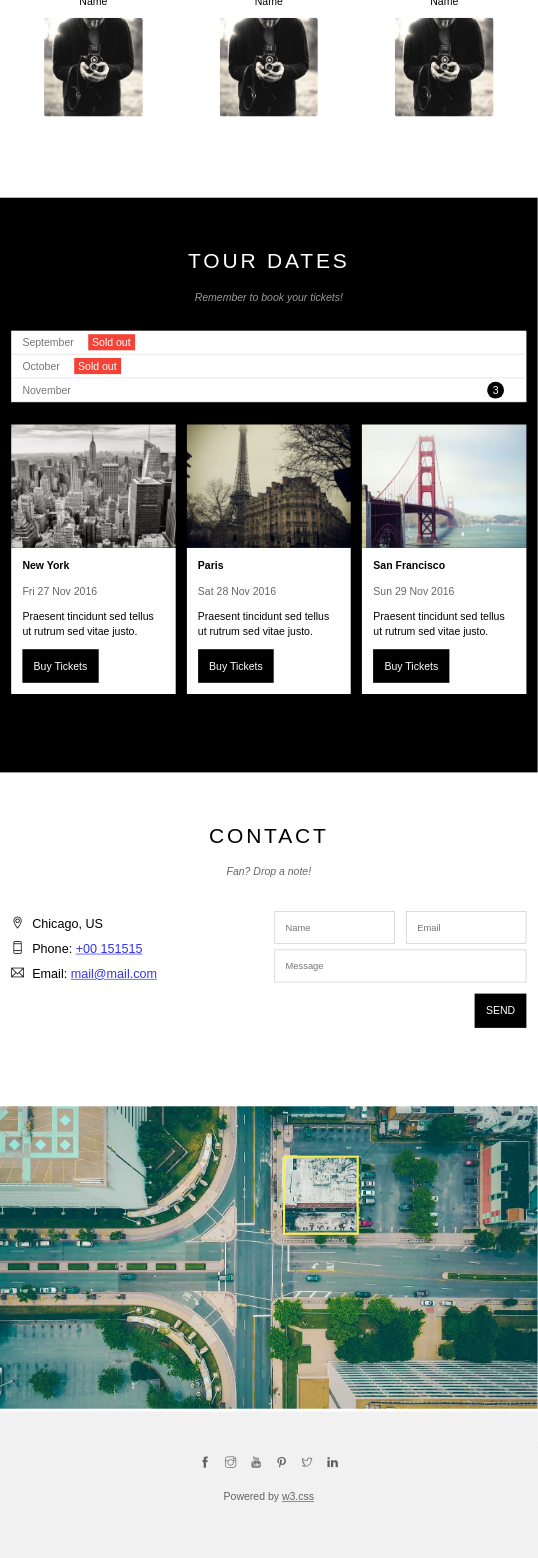
Repository: hoangtranduchai/The_Band
Page: index.html
These files come from the project's save history. The page is drawn as it stood at one moment and after the next save; the edit follows.
The browser window is 768 px wide. The pictures show the part of the page from y = 839 to 3079 px (the page is 3065 px tall before and 3079 px after), at 70% of full size.

Above is the page before, as saved 2021-08-15 16:13:15.

### index.html
<!DOCTYPE html>
<html lang="en">
<head>
    <meta charset="UTF-8">
    <meta http-equiv="X-UA-Compatible" content="IE=edge">
    <meta name="viewport" content="width=device-width, initial-scale=1.0">
    <title>The Band</title>
    <link rel="icon" href="./assets/img/favicon/TRAVELOK.png" type="image/x-icon"/>
    <link rel="stylesheet" href="./assets/css/style.css">
    <link rel="stylesheet" href="./assets/css/responsive.css">
    <link rel="stylesheet" href="./assets/fonts/themify-icons-font/themify-icons/themify-icons.css">
</head>
<body>
    <div id="main">
        <!-- Begin: Header -->
        <div id="header">
            <!-- Begin: Navigation -->
            <ul id="nav">
                <li><a href="#">Home</a></li>
                <li><a href="#band">Band</a></li>
                <li><a href="#tour">Tour</a></li>
                <li><a href="#contact">Contact</a></li>
                <li>
                    <a href="#">
                        More
                        <i class="angle-down-icon ti-angle-down"></i>
                    </a>
                    <ul class="subnav">
                        <li><a href="#">Merchandise</a></li>
                        <li><a href="#">Extras</a></li>
                        <li><a href="#">Media</a></li>
                    </ul>
                </li>
            </ul>
            <!-- End: Navigation -->

            <!-- Search button -->
            <div class="search-btn">
                <i class="search ti-search"></i>
            </div>

            <!-- Mobile menu button -->
            <div id="mobile-menu" class="mobile-menu-btn">
                <i class="menu-icon ti-menu"></i>
            </div>
        </div>
        <!-- End: Header -->

        <!-- Begin: Slider -->
        <div id="slider">
            <div class="text-slider">
                <h2 class="text-header">Chicago</h2>
                <div class="text-description">Thank you, Chicago - A night we won't forget.</div>
            </div>
        </div>
        <!-- End: Slider -->

        <!-- Begin: Content -->
        <div id="content">
            <!-- Begin: About section -->
            <div id="band" class="content-section">
                <h2 class="section-heading">THE BAND</h2>
                <p class="section-sub-heading">We love music</p>
                <p class="content-about">
                    We have created a fictional band website. Lorem ipsum dolor sit amet, consectetur adipiscing elit, sed do eiusmod tempor incididunt ut labore et dolore magna aliqua. Ut enim ad minim veniam, quis nostrud exercitation ullamco laboris nisi ut aliquip ex ea commodo consequat. Duis aute irure dolor in reprehenderit in voluptate velit esse cillum dolore eu fugiat nulla pariatur. Excepteur sint occaecat cupidatat non proident, sunt in culpa qui officia deserunt mollit anim id est laborum consectetur adipiscing elit, sed do eiusmod tempor incididunt ut labore et dolore magna aliqua. Ut enim ad minim veniam, quis nostrud exercitation ullamco laboris nisi ut aliquip ex ea commodo consequat.
                </p>
                <div class="row member-list">
                    <div class="column column-third s-column-full mt-32 text-center">
                        <p class="member-name">Name</p>
                        <img src="./assets/img/band/member1.jpg" alt="Name" class="member-img">
                    </div>
                    <div class="column column-third s-column-full mt-32 text-center">
                        <p class="member-name">Name</p>
                        <img src="./assets/img/band/member1.jpg" alt="Name" class="member-img">
                    </div>
                    <div class="column column-third s-column-full mt-32 text-center">
                        <p class="member-name">Name</p>
                        <img src="./assets/img/band/member1.jpg" alt="Name" class="member-img">
                    </div>
                </div>
            </div>
            <!-- End: About section -->

             <!-- Begin: Tour section -->
            <div id="tour" class="tour-section">
                <div class="content-section">
                    <h2 class="section-heading text-white">TOUR DATES</h2>
                    <p class="section-sub-heading text-white">Remember to book your tickets!</p>

                    <ul class="ticket-list">
                        <li>September <span class="sold-out">Sold out</span></li>
                        <li>October <span class="sold-out">Sold out</span></li>
                        <li>November <span class="quantity">3</span></li>
                    </ul>

                    <!-- Places -->
                    <div class="row places-list">
                        <div class="column column-third s-column-full mt-16">
                            <img src="./assets/img/places/place1.jpg" alt="New York" class="place-img">
                            <div class="place-body">
                                <h3 class="place-heading">New York</h3>
                                <p class="place-time">Fri 27 Nov 2016</p>
                                <p class="place-description">Praesent tincidunt sed tellus ut rutrum sed vitae justo.</p>
                                <button class="btn mt-16 s-full-width js-buy-ticket">Buy Tickets</button>
                            </div>
                        </div>
                        <div class="column column-third s-column-full mt-16">
                            <img src="./assets/img/places/place2.jpg" alt="Paris" class="place-img">
                            <div class="place-body">
                                <h3 class="place-heading">Paris</h3>
                                <p class="place-time">Sat 28 Nov 2016</p>
                                <p class="place-description">Praesent tincidunt sed tellus ut rutrum sed vitae justo.</p>
                                <button class="btn mt-16 s-full-width js-buy-ticket">Buy Tickets</button>
                            </div>
                        </div>
                        <div class="column column-third s-column-full mt-16">
                            <img src="./assets/img/places/place3.jpg" alt="San Francisco" class="place-img">
                            <div class="place-body">
                                <h3 class="place-heading">San Francisco</h3>
                                <p class="place-time">Sun 29 Nov 2016</p>
                                <p class="place-description">Praesent tincidunt sed tellus ut rutrum sed vitae justo.</p>
                                <button class="btn mt-16 s-full-width js-buy-ticket">Buy Tickets</button>
                            </div>
                        </div>
                    </div>
                </div>
            </div>
             <!-- End: Tour section -->

             <!-- Begin: Contact section -->
             <div id="contact" class="content-section">
                <h2 class="section-heading">CONTACT</h2>
                <p class="section-sub-heading">Fan? Drop a note!</p>

                <div class="row contact-content">
                    <div class="column column-second s-column-full contact-info">
                        <p><i class="ti-location-pin"></i>Chicago, US</p>
                        <p><i class="ti-mobile"></i>Phone: <a href="tel:+00 151515">+00 151515</a></p>
                        <p><i class="ti-email"></i>Email: <a href="mailto:mail@mail.com">mail@mail.com</a></p>
                    </div>
                    <div class="column column-second s-column-full contact-form">
                        <form action="">
                            <div class="row">
                                <div class="column column-second s-column-full">
                                    <input type="text" name="" placeholder="Name" required class="form-control">
                                </div>
                                <div class="column column-second s-column-full s-mt-8">
                                    <input type="email" name="" placeholder="Email" required class="form-control">
                                </div>
                            </div>
                            <div class="row mt-8">
                                <div class="column column-full">
                                    <input type="text" name="" placeholder="Message" required class="form-control">
                                </div>
                            </div>
                            <input class="btn pull-right mt-16 s-full-width" type="submit" value="SEND">
                        </form>
                    </div>
                </div>
            </div>
            <!-- End: Contact section -->

            <!-- Begin: Map section -->
            <div class="map-section">
                <img src="./assets/img/map/map.jpg" alt="Map">
            </div>
            <!-- End: Map section -->
        </div>
        <!-- End: Content -->

        <!-- Begin: Footer -->
        <div id="footer">
            <div class="socials-list">
                <a href="#"><i class="ti-facebook"></i></a>
                <a href="#"><i class="ti-instagram"></i></a>
                <a href="#"><i class="ti-youtube"></i></a>
                <a href="#"><i class="ti-pinterest"></i></a>
                <a href="#"><i class="ti-twitter"></i></a>
                <a href="#"><i class="ti-linkedin"></i></a>
            </div>
            <p class="copyright">Powered by <a href="#">w3.css</a></p>
        </div>
        <!-- End: Footer -->
    </div>

    <!-- Begin: Modal -->
    <div class="modal js-modal">
        <div class="modal-container js-modal-container">
            <div class="modal-close js-modal-close">
                <i class="close ti-close"></i>
            </div>

            <header class="modal-header">
                <i class="bag ti-bag"></i>
                Tickets
            </header>

            <div class="modal-body">
                <label for="quantity" class="modal-label">
                    <i class="cart ti-shopping-cart"></i>
                    Tickets, $15 per person
                </label>
                <input id="quantity" type="text" class="modal-input" placeholder="How many?">

                <label for="email" class="modal-label">
                    <i class="user ti-user"></i>
                    Send To
                </label>
                <input id="email" type="email" class="modal-input" placeholder="Enter email">

                <button class="pay-ticket-btn">
                    Pay
                    <i class="check ti-check"></i>
                </button>
            </div>

            <footer class="modal-footer">
                <p class="text-footer">
                    Need
                    <a href="" class="modal-help">help?</a>
                </p>
            </footer>
        </div>
    </div>

    <!-- Show/Hide Buy Tickets -->
    <script>
        const buyBtns = document.querySelectorAll('.js-buy-ticket');
        const modal = document.querySelector('.js-modal');
        const modalContainer = document.querySelector('.js-modal-container');
        const modalClose = document.querySelector('.js-modal-close');

        //Hàm hiển thị modal mua vé (Thêm class open vào modal)
        function showBuyTickets() {
            modal.classList.add('open');
        }

        //Hàm ẩn modal mua vé (gỡ bỏ class open của modal)
        function hideBuyTickets() {
            modal.classList.remove('open');
        }

        //Lặp qua từng thẻ button và nghe hành vi click
        for(const buyBtn of buyBtns) {
            buyBtn.addEventListener('click', showBuyTickets);
        }

        //Nghe hành vi click vào button close
        modalClose.addEventListener('click', hideBuyTickets);

        modal.addEventListener('click', hideBuyTickets);

        modalContainer.addEventListener('click', function(event) {
            event.stopPropagation();
        })
    </script>

    <!-- Open/Close Mobile Menu -->
    <script>
        var header = document.getElementById('header');
        var mobileMenu = document.getElementById('mobile-menu');
        var headerHeight = header.clientHeight;

        // Đóng/mở mobile menu
        mobileMenu.onclick = function() {
            var isClose = header.clientHeight === headerHeight;
            if (isClose) {
                header.style.height = 'auto';
            } else {
                header.style.height = null;
            }
        }

        // Tự động đóng khi chọn Menu
        var menuItems = document.querySelectorAll('#nav li a[href*="#"]');
        for (var i = 0; i < menuItems.length; i++) {
            var menuItem = menuItems[i];

            menuItem.onclick = function(event) {
                var isParentMenu = this.nextElementSibling && this.nextElementSibling.classList.contains('subnav');
                if (isParentMenu) {
                    event.preventDefault();
                } else {
                    header.style.height = null;
                }
            }
        }
    </script>
</body>
</html>

### assets/css/style.css
* {
    padding: 0;
    margin: 0;
    box-sizing: border-box;
}


/* Common */
html {
    scroll-behavior: smooth;
    font-family: Arial, Helvetica, sans-serif;
}

.clear {
    clear: both;
}

.text-white {
    color: #fff !important;
}

.text-center {
    text-align: center !important;
}

.pull-right {
    float: right !important;
}

.row {
    margin-left: -8px;
    margin-right: -8px;
}

.row::after {
    content:"";
    display: block;
    clear: both;
}

.column {
    float: left;
    padding-left: 8px;
    padding-right: 8px;
}

.column-full {
    width: 100%;
}

.column-second {
    width: 50%;
}

.column-third {
    width: calc(100% / 3);
}

.mt-8 {
    margin-top: 8px;
}

.mt-16 {
    margin-top: 16px;
}

.mt-32 {
    margin-top: 32px;
}

.btn {
    border: none;
    background: #000;
    color: #fff;
    text-decoration: none;
    padding: 8px 16px;
    display: inline-block;
    font-weight: 500;
    line-height: 1.5;
    font-size: 15px;
    border: none;
    appearance: none;
    -webkit-appearance: none;
}

.btn:hover {
    color: #000;
    background: #ccc;
    cursor: pointer;
}

/* Main */
#main {

}

#header {
    position: fixed;
    top: 0;
    width: 100%;
    height: 46px;
    background-color: #000;
    box-shadow: 0 0 8px rgba(0, 0, 0, 0.3);
    z-index: 1;
}

#nav {
    display: inline-block;
}

#nav, .subnav {
    list-style: none;
}

#nav > li {
    display: inline-block;
}

#nav li {
    position: relative;
}

#nav > li > a {
    color: #fff;
    text-transform: uppercase;
}

#nav li a {
    text-decoration: none;
    line-height: 46px;
    padding: 0 24px;
    display: block;
}

#nav .angle-down-icon {
    font-size: 14px;
}

#nav li:hover .subnav {
    display: block;
}

#nav > li:hover > a,
#nav .subnav li:hover a {
    color: #000;
    background: #ccc;
}

#nav .subnav {
    display: none;
    position: absolute;
    top: 100%;
    min-width: 160px;
    background: #fff;
    box-shadow: 0 0 10px rgba(0, 0, 0, 0.3);
}

#nav .subnav a {
    color: #000;
    padding: 0 16px;
    line-height: 38px;
}

#header .mobile-menu-btn {
    position: absolute;
    top: 0;
    right: 0;
    display: none;
}

#header .mobile-menu-btn,
#header .search-btn {
    float: right;
    padding: 0 21px;
}

#header .search-btn:hover {
    background: #f44336;
    cursor: pointer;
}

#header .mobile-menu-btn:hover {
    background: #ccc;
}

#header .mobile-menu-btn:hover .menu-icon{
    color: #000;
}

#header .menu-icon,
#header .search {
    color: #fff;
    font-size: 20px;
    line-height: 46px;
}

#slider {
    position: relative;
    margin-top: 46px;
    padding-top: 50%;
    background: url('../img/slider/slider1.jpg') top center / cover no-repeat;
}

#slider .text-slider {
    position: absolute;
    bottom: 47px;
    color: #fff;
    width: 100%;
    text-align: center;
}

#slider .text-header {
    font-weight: 400;
    font-size: 24px;
}

#slider .text-description {
    font-weight: 700;
    font-size: 15px;
    margin-top: 25px;
}


#content {

}

#content .content-section {
    width: 800px;
    max-width: 100%;
    padding-top: 64px;
    padding-bottom: 112px;
    margin-left: auto;
    margin-right: auto;
    padding-left: 16px;
    padding-right: 16px;
}

#content .section-heading {
    margin-top: 10px;
    font-size: 30px;
    font-weight: 100;
    text-align: center;
    letter-spacing: 4px;
}

#content .section-sub-heading {
    font-size: 15px;
    text-align: center;
    margin-top: 25px;
    font-style: italic;
    opacity: 0.6;
}

#content .content-about {
    margin-top: 25px;
    font-size: 15px;
    text-align: justify;
    line-height: 1.4;
}

#content .member-list {
    margin-top: 32px;
}

#content .member-name {
    margin-top: 15px;
    font-size: 15px;
}

#content .member-img {
    margin-top: 16px;
    width: 60%;
    border-radius: 4px;
}

/* Tour section */

.tour-section {
    background: #000;
}

.tour-section .ticket-list {
    background: #fff;
    margin-top: 40px;
    list-style: none;
}

.tour-section .ticket-list li {
    color: #757575;
    font-size: 15px;
    padding: 8px 16px;
    border-bottom: 1px solid #ddd;
}

.tour-section .ticket-list .sold-out {
    background: #f44336;
    color: #fff;
    padding: 3px 6px;
    margin-left: 16px;
}

.tour-section .ticket-list .quantity {
    float: right;
    width: 24px;
    height: 24px;
    background: #000;
    color: #fff;
    border-radius: 50%;
    text-align: center;
    line-height: 24px;
    margin-right: 16px;
    margin-top: -3px;
}

/* Places */
.places-list {
    margin-top: 16px;
}

.place-img {
    width: 100%;
    display: block;
}

.place-img:hover {
    opacity: 0.6;
    cursor: pointer;
}

.place-body {
    background: #fff;
    font-size: 15px;
    padding: 15px 16px 16px;
    line-height: 1.4;
}

.place-heading {
    font-size: 15px;
}

.place-time {
    margin-top: 15px;
    opacity: 0.6;
}

.place-description {
    margin-top: 15px;
}

/* Contact */
.contact-content {
    margin-top: 48px;
}

.contact-info {
    font-size: 18px;
    line-height: 1.5;
}

.contact-info i[class*="ti-"] {
    width: 30px;
    display: inline-block;
}

.contact-info a {
    color: #0000EE;
    opacity: 0.8;
}

.contact-info a:hover {
    opacity: 1;
}

.contact-form {
    font-size: 15px;
}

.contact-form .form-control {
    padding: 10px;
    border: 1px solid #ccc;
    width: 100%;
}

/* Map */
.map-section img {
    width: 100%;
}

/* Footer */
#footer {
    padding: 64px 16px;
    text-align: center;
    background: #f1f1f1;
}

#footer .socials-list {
    font-size: 24px;
}

#footer .socials-list a {
    color: rgba(0, 0, 0, 0.6);
    text-decoration: none;
}

#footer .copyright a:hover,
#footer .socials-list a:hover {
    color: rgba(0, 0, 0, 0.4);
}

#footer .copyright {
    margin-top: 15px;
    color: rgba(0, 0, 0, 0.6);
    font-size: 15px;
    line-height: 1.5;
}

#footer .copyright a {
    color: rgba(0, 0, 0, 0.6);
}

/* Modal */
.modal {
    position: fixed;
    top: 0;
    right: 0;
    bottom: 0;
    left: 0;
    background: rgba(0, 0, 0, 0.4);
    align-items: center; /*Căn giữa chiều cao*/
    justify-content: center; /*Căn giữa chiều ngang*/
    z-index: 1;
    display: none;
}

.modal.open {
    display: flex;
}

.modal .modal-container {
    background: #fff;
    width: 900px;
    min-height: 200px;
    position: relative;
    max-width: calc(100% - 32px);
    animation: modalFadeIn ease 0.4s;
}

.modal .modal-container .modal-close {
    position: absolute;
    right: 0;
    top: 0;
    line-height: 1.5;
    padding: 8px 16px;
    color: #fff;
    opacity: 0.8;
}

.modal .modal-container .modal-close:hover {
    opacity: 1;
    cursor: pointer;
}

.modal .modal-container .modal-header {
    font-size: 30px;
    font-weight: 400;
    letter-spacing: 4px;
    height: 130px;
    line-height: 1.5;
    display: flex;
    align-items: center;
    justify-content: center;
    padding: 32px 16px;
    background: #009688;
    color: #fff;
}

.modal-header .bag {
    margin-right: 16px;
}

.modal .modal-container .modal-body {
    padding: 16px;
}

.modal-body .modal-label {
    display: block;
    font-size: 15px;
    line-height: 1.5;
    margin-bottom: 12px;

}

.modal-body .modal-label .cart{

}

.modal-body .modal-input {
    display: block;
    border: 1px solid #ccc;
    padding: 8px;
    width: 100%;
    font-size: 15px;
    line-height: 22px;
    margin-bottom: 24px;
}

.modal-body .modal-label .user {

}

.modal-body .pay-ticket-btn {
    padding: 18px 16px;
    color: #fff;
    background: #009688;
    border: none;
    width: 100%;
    font-weight: 400;
    font-size: 15px;
    text-transform: uppercase;
}

.modal-body .pay-ticket-btn:hover {
    opacity: 0.8;
    cursor: pointer;
}

.modal-body .pay-ticket-btn .check {

}

.modal-container .modal-footer {
    padding: 0 16px;

}

.modal-container .modal-footer .text-footer {
    float: right;
    padding: 16px 0 32px;
    font-size: 15px;
}

.modal-footer .text-footer .modal-help{
    color: #2196F3;
    opacity: 0.7;
}

.modal-footer .text-footer .modal-help:hover {
    opacity: 1;
}

@keyframes modalFadeIn {
    from {
        opacity: 0;
        transform: translateY(-140px);
    }
    to {
        opacity: 1;
        transform: translateY(0);
    }
}

### assets/css/responsive.css
/* PC */
@media (min-width: 1024px) {

}

/* Tablet & Mobile */
@media (max-width: 1023px) {
    #nav .subnav a {
        padding: 5px 12px;
    }

    .btn {
        padding: 13px 16px;
    }

    .contact-info {
        line-height: 2;
    }

    .contact-form .form-control {
        padding: 15px;
    }


    #footer .socials-list {
        font-size: 16px;
    }

    #footer .socials-list a {
        margin: 0 8px;
    }

    #footer .copyright a {
        padding: 13px 0;
        display: inline-block;
    }

    .modal-body .modal-label {
        line-height: 2;
    }

    .modal-body .modal-input {
        padding: 12px;
    }
}

/* Tablet */
@media (max-width: 1023px) and (min-width: 740px) {

}

/* Mobile */
@media (max-width: 739px) {
    .s-full-width,
    .s-column-full {
        width: 100% !important;
    }

    .s-mt-8 {
        margin-top: 8px !important;
    }

    #header {
        overflow: hidden;
    }

    #header .search-btn {
        display: none;
    }

    #header .mobile-menu-btn {
        display: block;
    }

    #nav {
        display: block;
    }

	#nav > li {
        display: block;
    }

    #nav > li:first-child {
        display: inline-block;
    }

    #nav .subnav {
        position: initial;
        background: #333;
    }

    #nav .subnav a {
        color: #fff;
        padding: 4px 40px;
    }

    .contact-form {
        margin-top: 32px;
    }

}

Loaded but not shown: assets/fonts/themify-icons-font/themify-icons/themify-icons.css (common file)

After the next save:
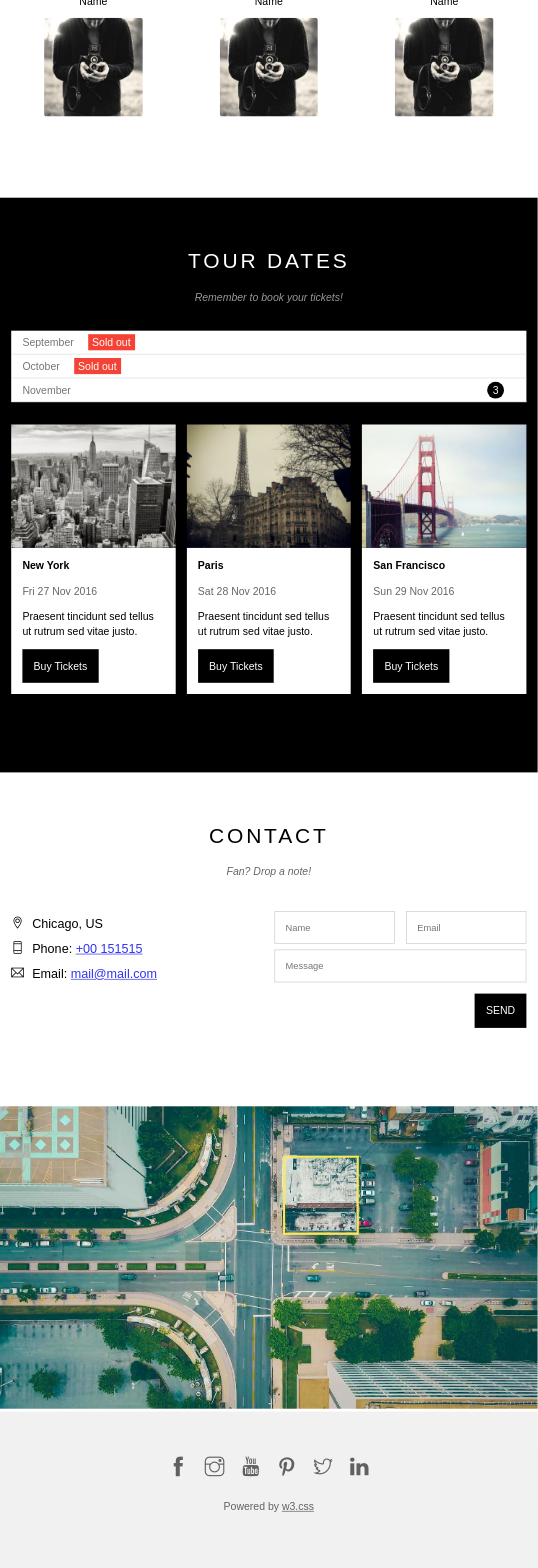
Saved 18 s later.
--- a/assets/css/responsive.css
+++ b/assets/css/responsive.css
@@ -23,7 +23,7 @@
 
 
     #footer .socials-list {
-        font-size: 16px;
+        font-size: 28px;
     }
 
     #footer .socials-list a {
